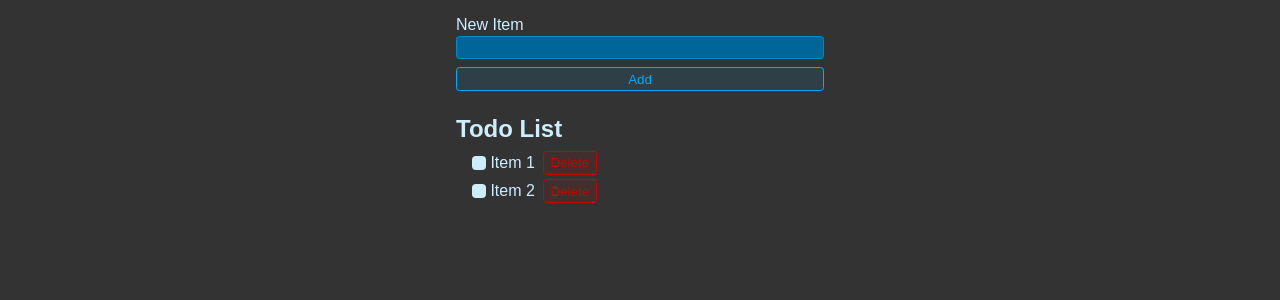
Repository: mix060514/react-bilibili-tutorial
Page: /
These files come from the project's save history. The page is drawn as it stood at one moment and after the next save; the edit follows.
The browser window is 1280 px wide. The pictures show the whole page.
The project was rebuilt for these pictures with package versions that can differ from the ones it lists, and the page was loaded fresh each time. Also part of the build but not shown: vite.config.js.

Above is the page before, as saved 2023-12-03 22:01:56.

### src/App.jsx
import { useState } from "react"
import "./styles.css"


export default function App() {
  const [newItem, setNewItem] = useState("");

  return (
    <>
      <form className="new-item-form">
        <div className="form-row">
          <label htmlFor="item">New Item</label>
          <input type="text" id="item"/>
        </div>
        <button className="btn">Add</button>
      </form>

      <h1 className="header">Todo List</h1>

      <ul className="list">
        <li>
          <label>
            <input type="checkbox" /> Item 1
          </label>
          <button className="btn btn-danger">Delete</button>
        </li>
        <li>
          <label>
            <input type="checkbox" /> Item 2
          </label>
          <button className="btn btn-danger">Delete</button>
        </li>
      </ul>
    </>
  )
}

Loaded but not shown: index.html (common file); src/main.jsx (common file); src/styles.css (common file)

After the next save:
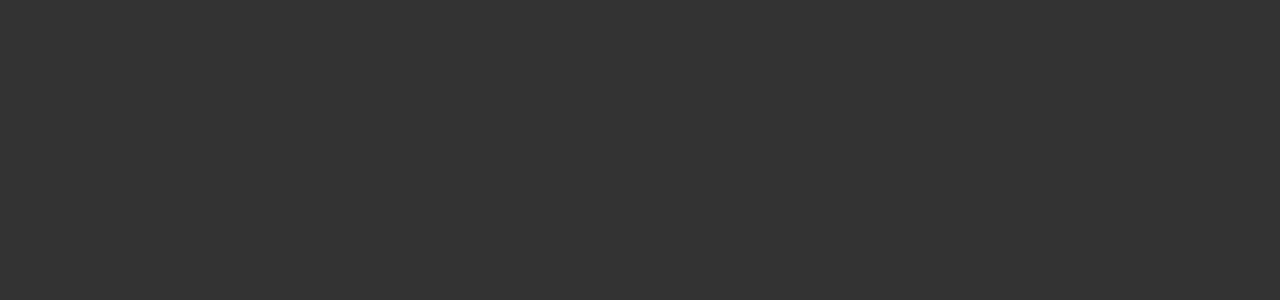
Console error (its wording comes from the project's code and is left out).
Saved 26 s later.
--- a/src/App.jsx
+++ b/src/App.jsx
@@ -4,6 +4,7 @@
 
 export default function App() {
   const [newItem, setNewItem] = useState("");
+  setNewItem("Hello")
 
   return (
     <>

After the save that followed:
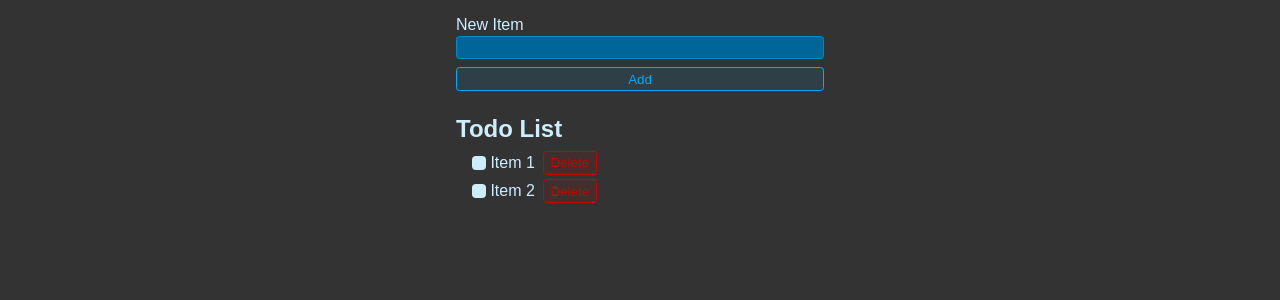
The error is gone.
Saved 97 s later.
--- a/src/App.jsx
+++ b/src/App.jsx
@@ -4,7 +4,6 @@
 
 export default function App() {
   const [newItem, setNewItem] = useState("");
-  setNewItem("Hello")
 
   return (
     <>
